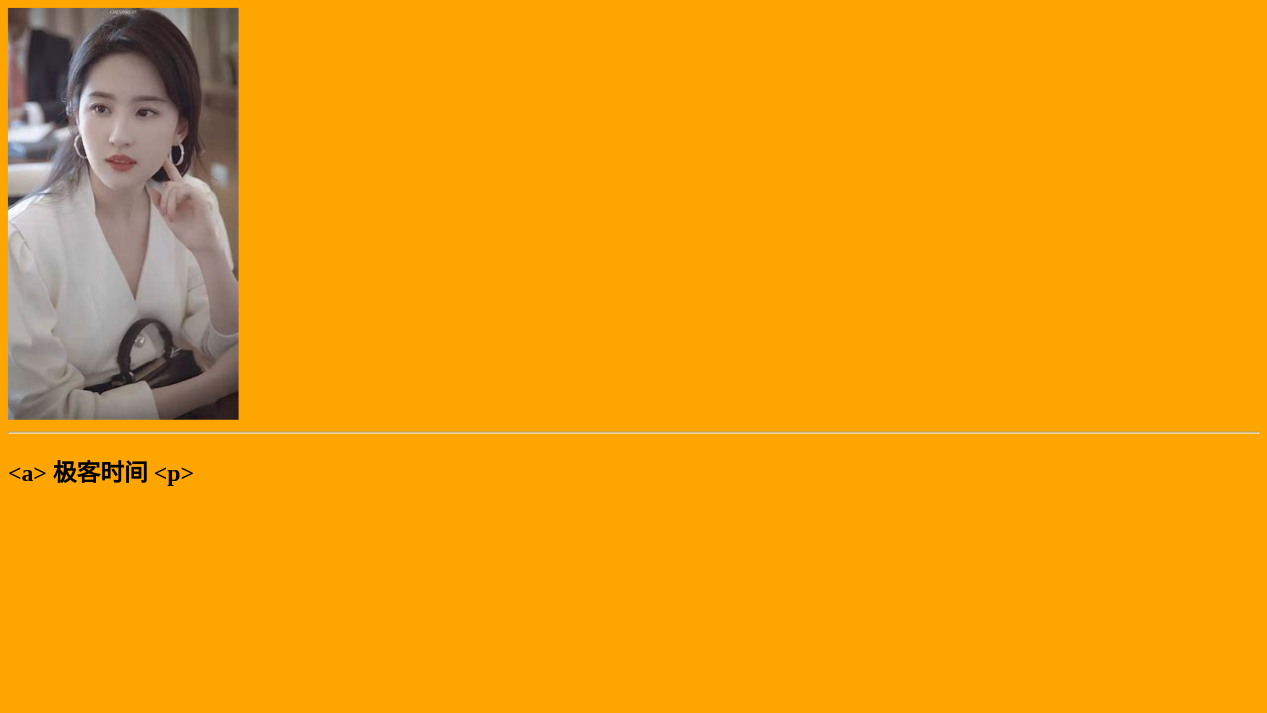
Repository: cswuhan/network_traning_works
Page: 第一周作业/index.html
An editor plug-in stored every save of this project. The page is shown before and after the next save, followed by the edit.
The browser window is 1280 px wide. The pictures show the whole page, at 99% of full size.

Above is the page before, as saved 2023-12-12 08:52:29.

After the next save:
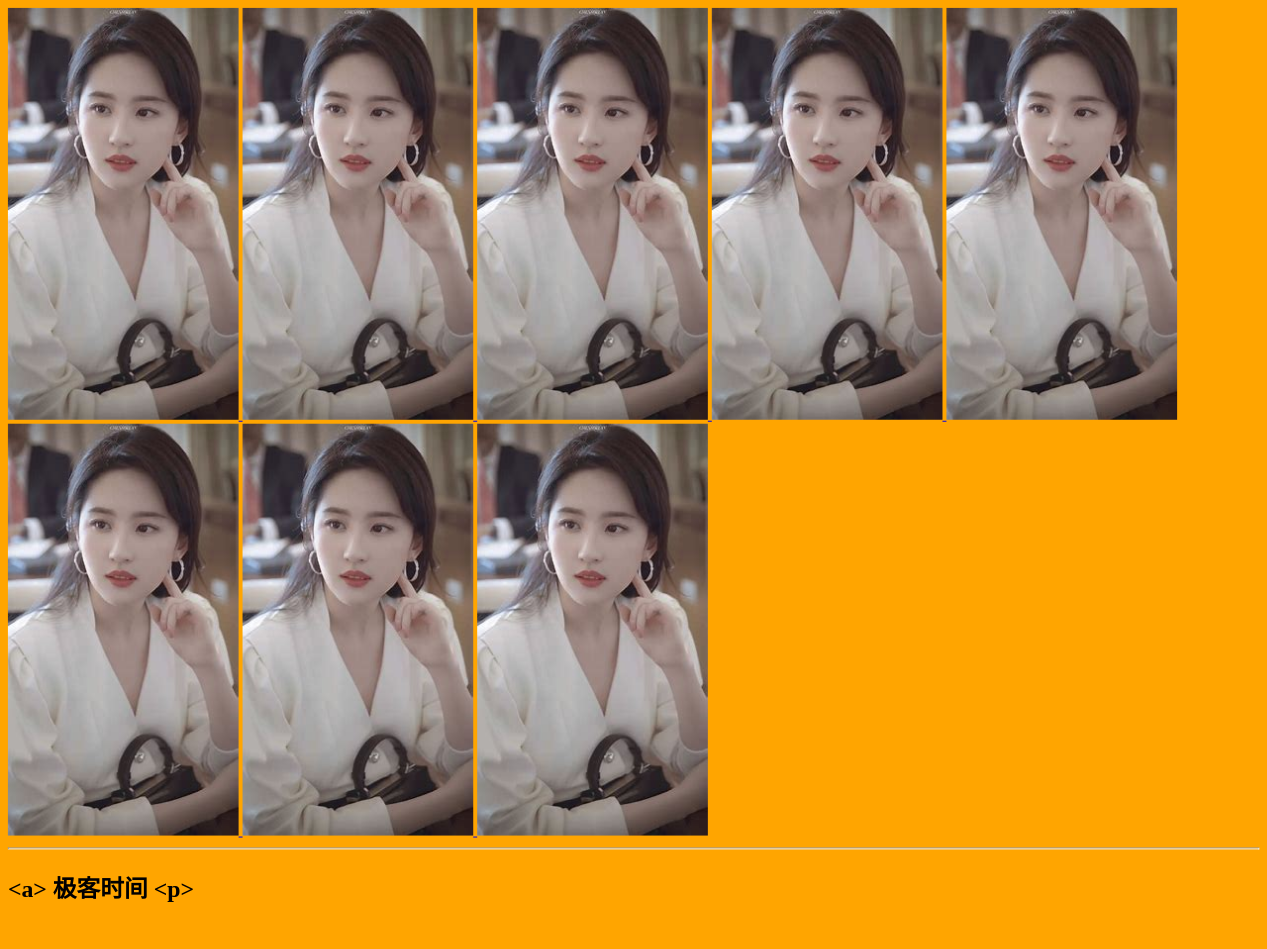
Saved 25 s later.
--- a/第一周作业/index.html
+++ b/第一周作业/index.html
@@ -12,9 +12,17 @@
     <a href="https://time.geekbang.org/">
         <!-- <img src="E:\Study\网络安全\网络安全训练营\第一周\第一周课件\第一周课件\Code\001.jpg" alt="小娇妻" title="极客时间"/> -->
         <img src="001.jpg" alt="小娇妻" title="极客时间"/>
+        <img src="001.jpg" alt="小娇妻" title="极客时间"/>
+        <img src="001.jpg" alt="小娇妻" title="极客时间"/>
+        <img src="001.jpg" alt="小娇妻" title="极客时间"/>
+        <img src="001.jpg" alt="小娇妻" title="极客时间"/>
+        <img src="001.jpg" alt="小娇妻" title="极客时间"/>
+        <img src="001.jpg" alt="小娇妻" title="极客时间"/>
+        <img src="001.jpg" alt="小娇妻" title="极客时间"/>
     </a>
 
     <hr/>
+
     <h2>&lt;a&gt; 极客时间 &lt;p&gt;</h2><br/>
 </body>
 </html>
